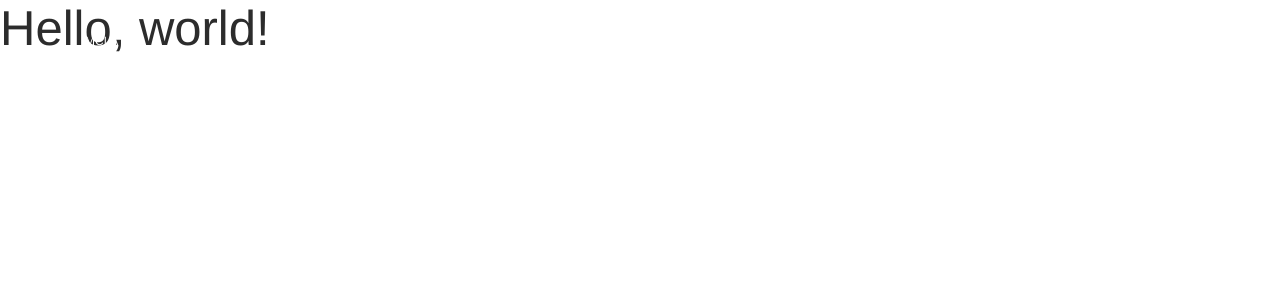
Repository: kkyler24/MathInvader
Page: index.html
An editor plug-in stored every save of this project. The page is shown before and after the next save, followed by the edit.
The browser window is 1280 px wide. The pictures show the whole page.
Some web libraries are served in a nearby version.

Above is the page before, as saved 2020-07-19 16:43:57.

After the next save:
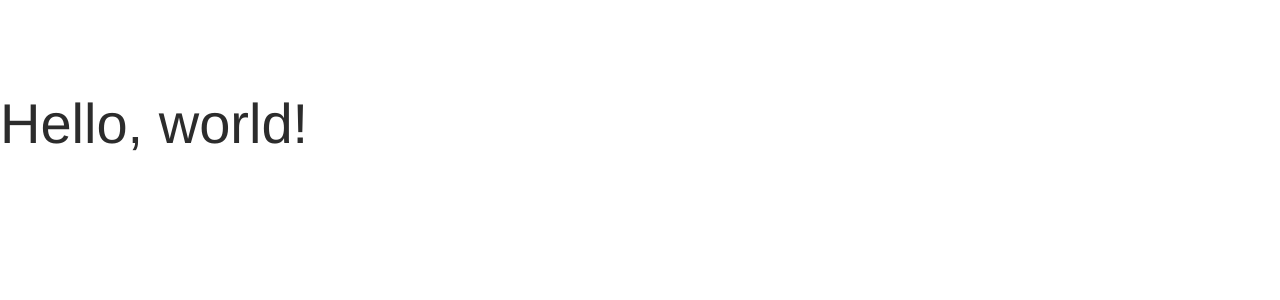
Saved 114 s later.
--- a/index.html
+++ b/index.html
@@ -20,6 +20,7 @@
       href="https://fonts.googleapis.com/css2?family=Chakra+Petch:wght@600&display=swap"
       rel="stylesheet"
     />
+    <link href="./jsFolder/index.css" rel="stylesheet" />
 
     <title>Math Invaders</title>
   </head>
